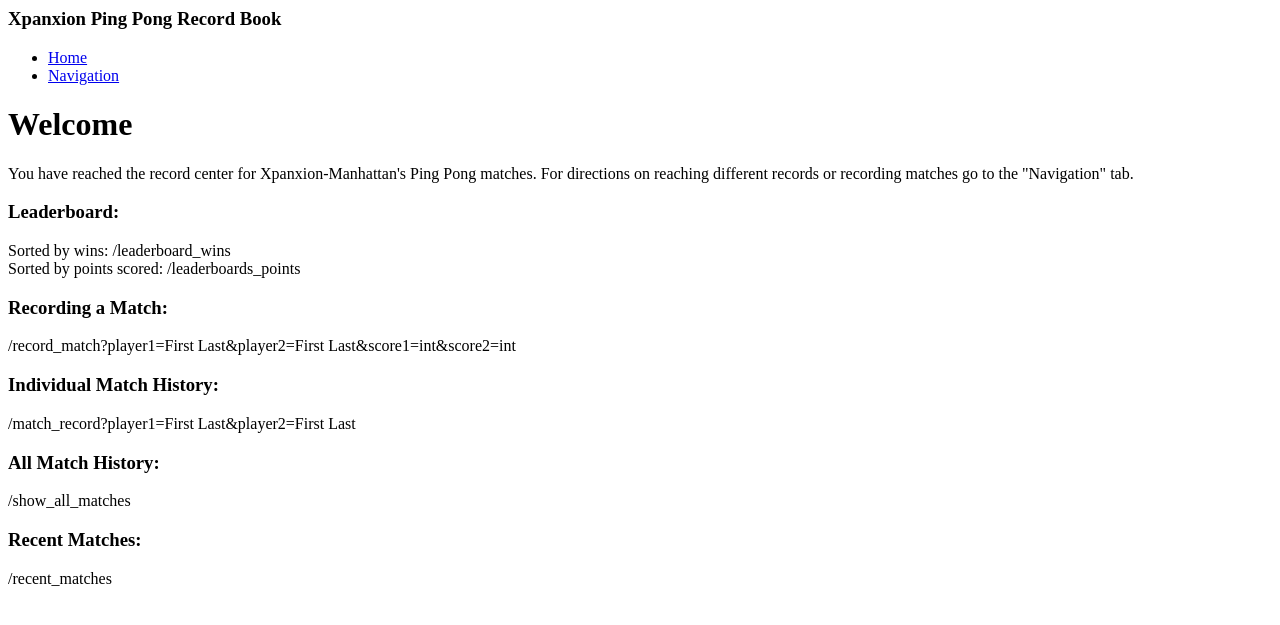
Repository: mattsanner/RESTpingpong
Page: http://localhost/pingpong/WEB-INF/views/home.jsp
An editor plug-in stored every save of this project. The page is shown before and after the next save, followed by the edit.
The browser window is 1280 px wide. The pictures show the whole page.
The page is served by Tomcat 9. Nobody is signed in. The template is opened directly, without the code that normally fills it, so the values that code supplies are empty.

Above is the page before, as saved 2016-06-22 16:47:37.
Not found: pingpong/pingpong/WEB-INF/views/cover.css
Not found: pingpong/pingpong/assets/css/ie10-viewport-bug-workaround.css
Not found: pingpong/pingpong/dist/css/bootstrap.min.css

After the next save:
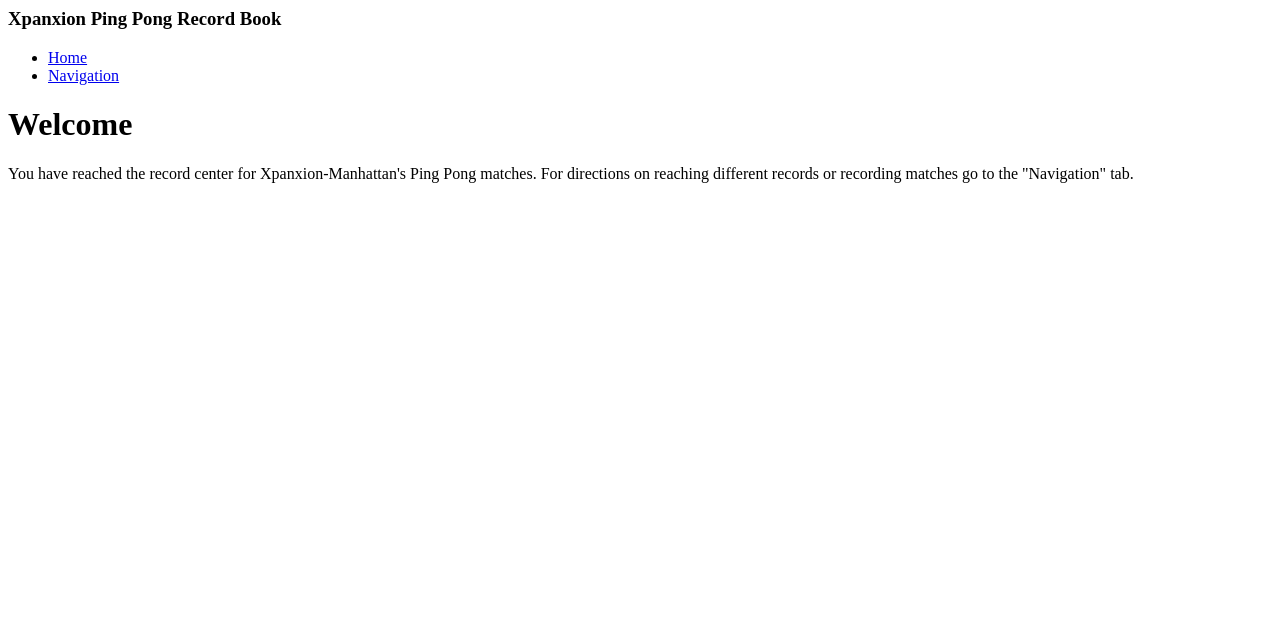
Saved 70 min 44 s later.
--- a/pingpong/src/main/webapp/WEB-INF/views/home.jsp
+++ b/pingpong/src/main/webapp/WEB-INF/views/home.jsp
@@ -41,19 +41,11 @@
 	    <h1 class="cover-heading">Welcome</h1>
 		<p>
 			You have reached the record center for Xpanxion-Manhattan's Ping Pong matches.
-			For directions on reaching different records or recording matches go to the 				"Navigation" tab.
+			For directions on reaching different records or recording matches go to the
+			"Navigation" tab.
 		</p>
 
-		<h3>Leaderboard:</h3>
-		<p>Sorted by wins: /leaderboard_wins<br>Sorted by points scored: /leaderboards_points</p>
-		<h3>Recording a Match:</h3>
-		<p>/record_match?player1=First Last&player2=First Last&score1=int&score2=int</p>
-		<h3>Individual Match History:</h3>
-		<p>/match_record?player1=First Last&player2=First Last</p>
-		<h3>All Match History:</h3>
-		<p>/show_all_matches</p>
-		<h3>Recent Matches:</h3>
-		<p>/recent_matches</p>
+
 
 </body>
 </html>
